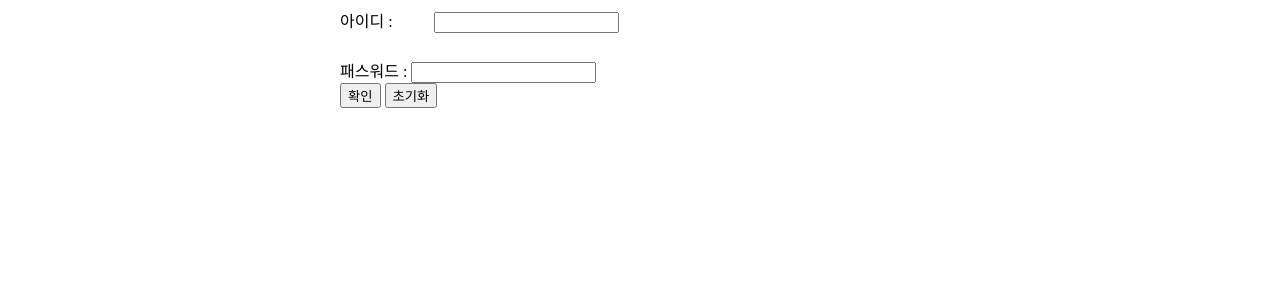
Repository: song-tata/jsp_servlet
Page: chap06/webContants/login.html
These files come from the project's save history. The page is drawn as it stood at one moment and after the next save; the edit follows.
The browser window is 1280 px wide. The pictures show the whole page.

Above is the page before, as saved 2023-05-17 06:32:36.

After the next save:
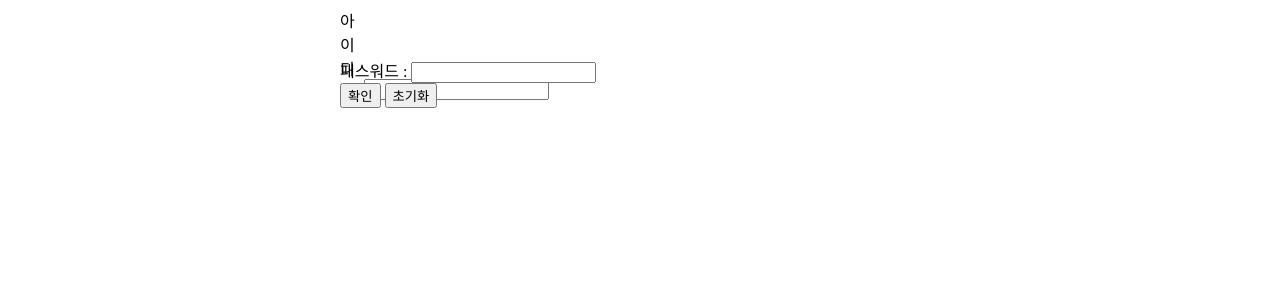
Saved 10 s later.
--- a/chap06/webContants/login.html
+++ b/chap06/webContants/login.html
@@ -17,7 +17,7 @@
 }
 .idwrap>label{
 	display: inline-block;
-	width: 15%
+	width: 20px
 }
 </style>
 </head>
